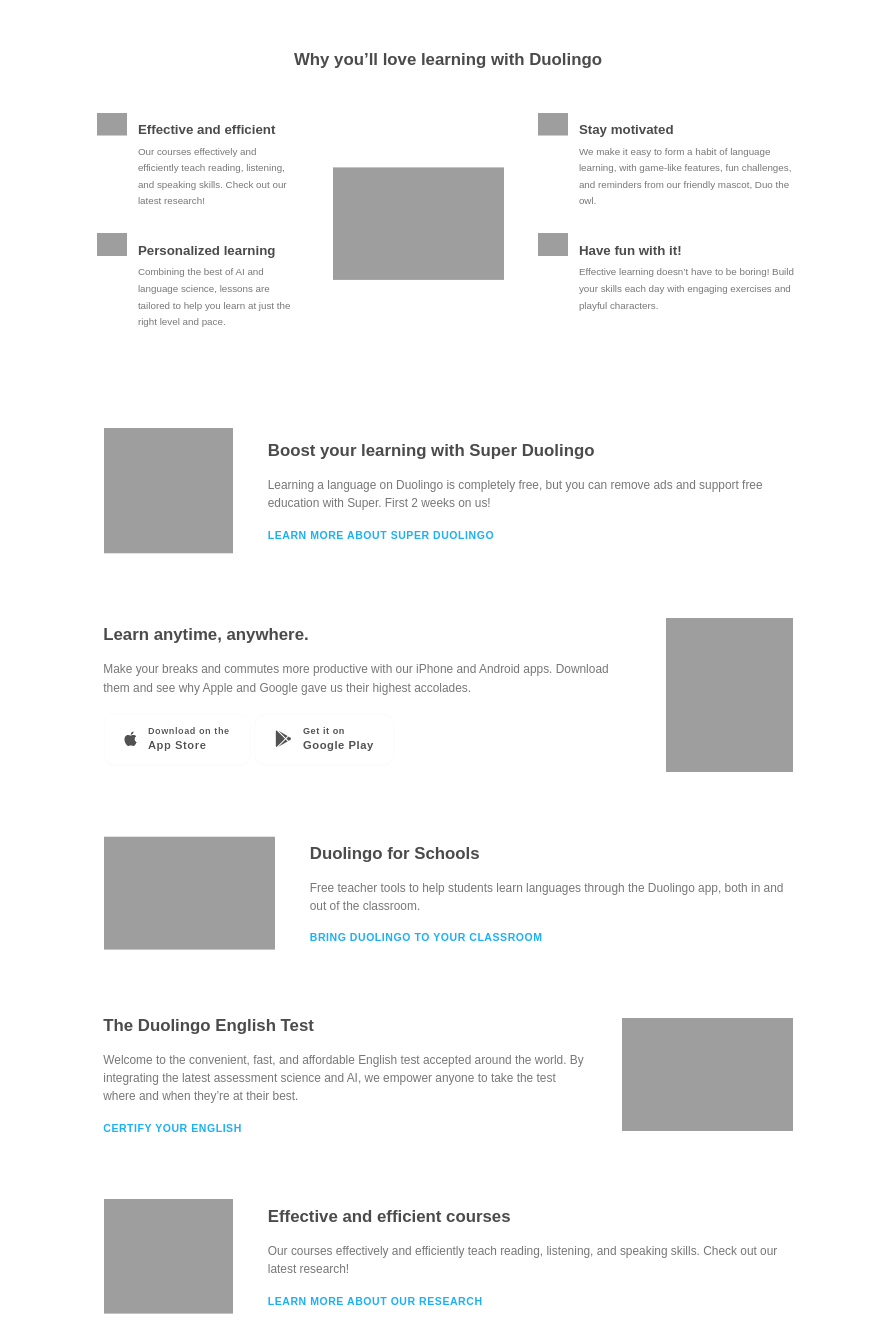
Repository: kauittt/duolingo-little
Page: login.html
These files come from the project's save history. The page is drawn as it stood at one moment and after the next save; the edit follows.
The browser window is 1280 px wide. The pictures show the part of the page from y = 937 to 2857 px (the page is 2857 px tall), at 70% of full size.
The pointer rests on the first visible `.section-content__link-item`.
Pictures or frames that could not be fetched are drawn as grey boxes. A picture or video elsewhere on the page could not be fetched, so the positions and the page height are approximate. Some web libraries are served in a nearby version.

Above is the page before, as saved 2023-03-26 20:57:37.

After the next save:
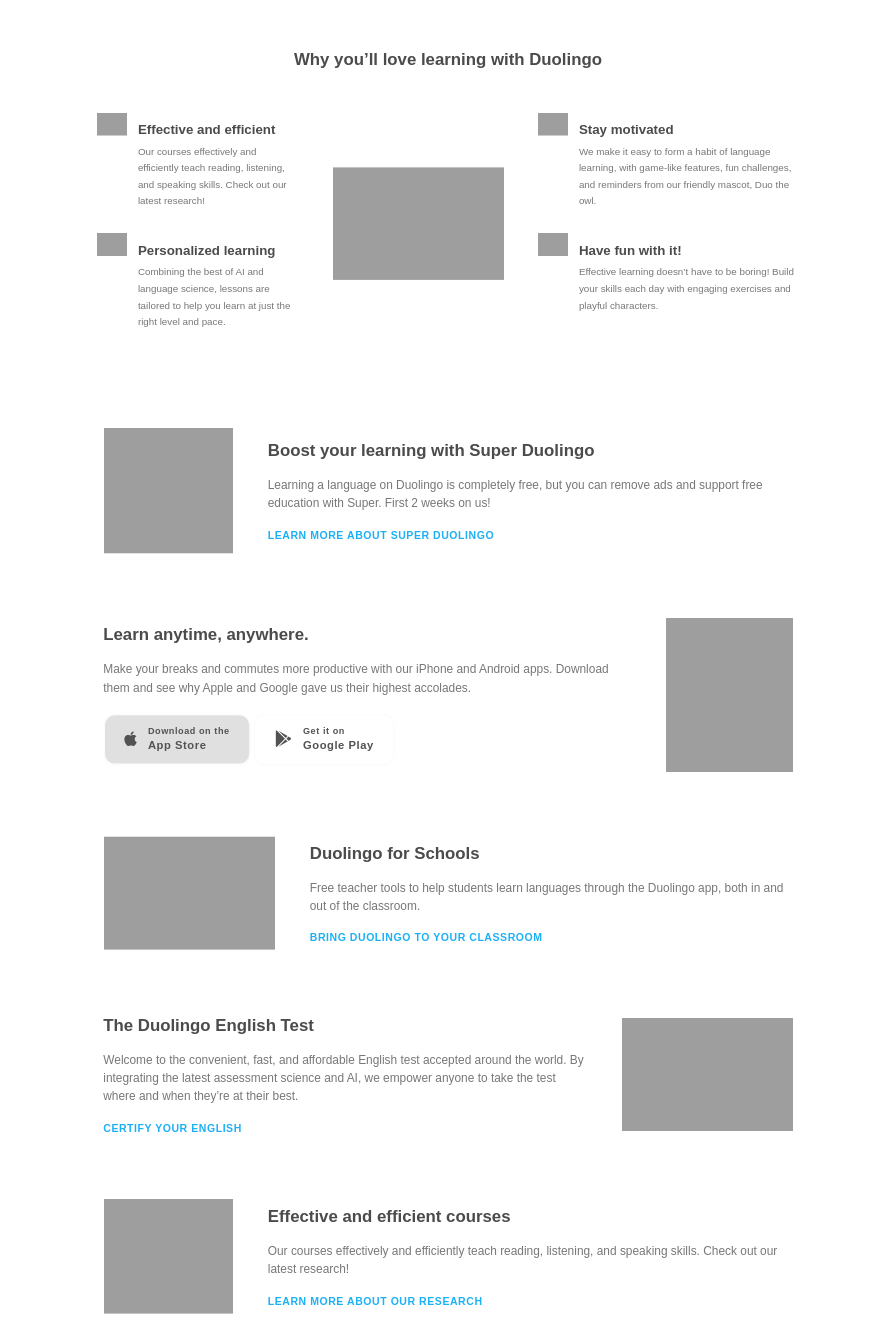
Saved 6 s later.
--- a/assets/css/stytes.css
+++ b/assets/css/stytes.css
@@ -227,7 +227,7 @@
 }
 
 .section-content__link-item:hover {
-    background: white;
+    background: #ccc;
 }
 
 .section-content__link-item > i {
